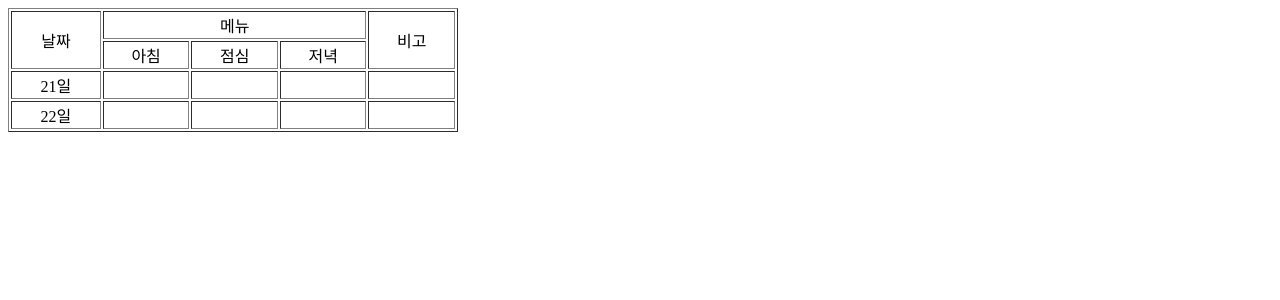
Repository: jinaa11/Kcc_Web
Page: Html/WebContent/mission2.html
An editor plug-in stored every save of this project. The page is shown before and after the next save, followed by the edit.
The browser window is 1280 px wide. The pictures show the whole page.

Above is the page before, as saved 2024-07-08 05:36:15.

### Html/WebContent/mission2.html
<!DOCTYPE html>
<html>
<head>
<meta charset="UTF-8">
<title>Insert title here</title>
</head>
<body>
	<table width="450" border="1">
		<tbody align="center">
			<tr>
				<td rowspan="2">날짜</td>
				<td colspan="3">메뉴</td>
				<td rowspan="2">비고</td>
			</tr>
			<tr>
				<td>아침</td>
				<td>점심</td>
				<td>저녁</td>
			</tr>
			<tr>
				<td>21일</td>
				<td></td>
				<td></td>
				<td></td>
				<td></td>
			</tr>
			<tr>
				<td>22일</td>
				<td></td>
				<td></td>
				<td></td>
				<td></td>
			</tr>
		</tbody>
	</table>
</body>
</html>

After the next save:
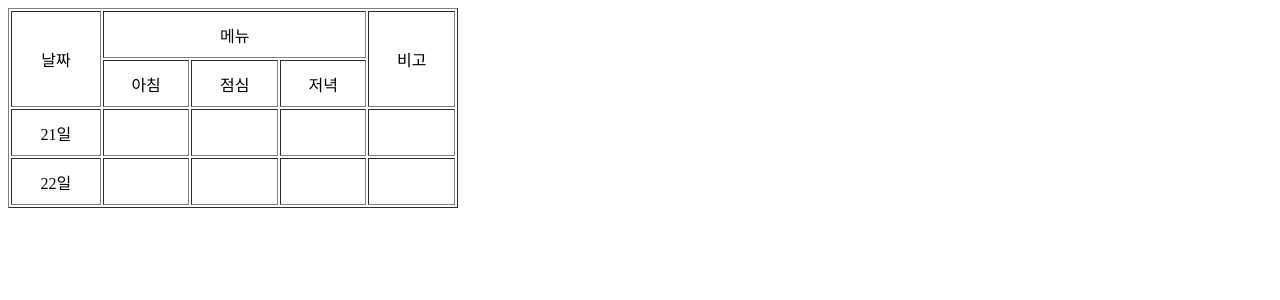
Saved 11 s later.
--- a/Html/WebContent/mission2.html
+++ b/Html/WebContent/mission2.html
@@ -5,7 +5,7 @@
 <title>Insert title here</title>
 </head>
 <body>
-	<table width="450" border="1">
+	<table width="450" height="200" border="1">
 		<tbody align="center">
 			<tr>
 				<td rowspan="2">날짜</td>
